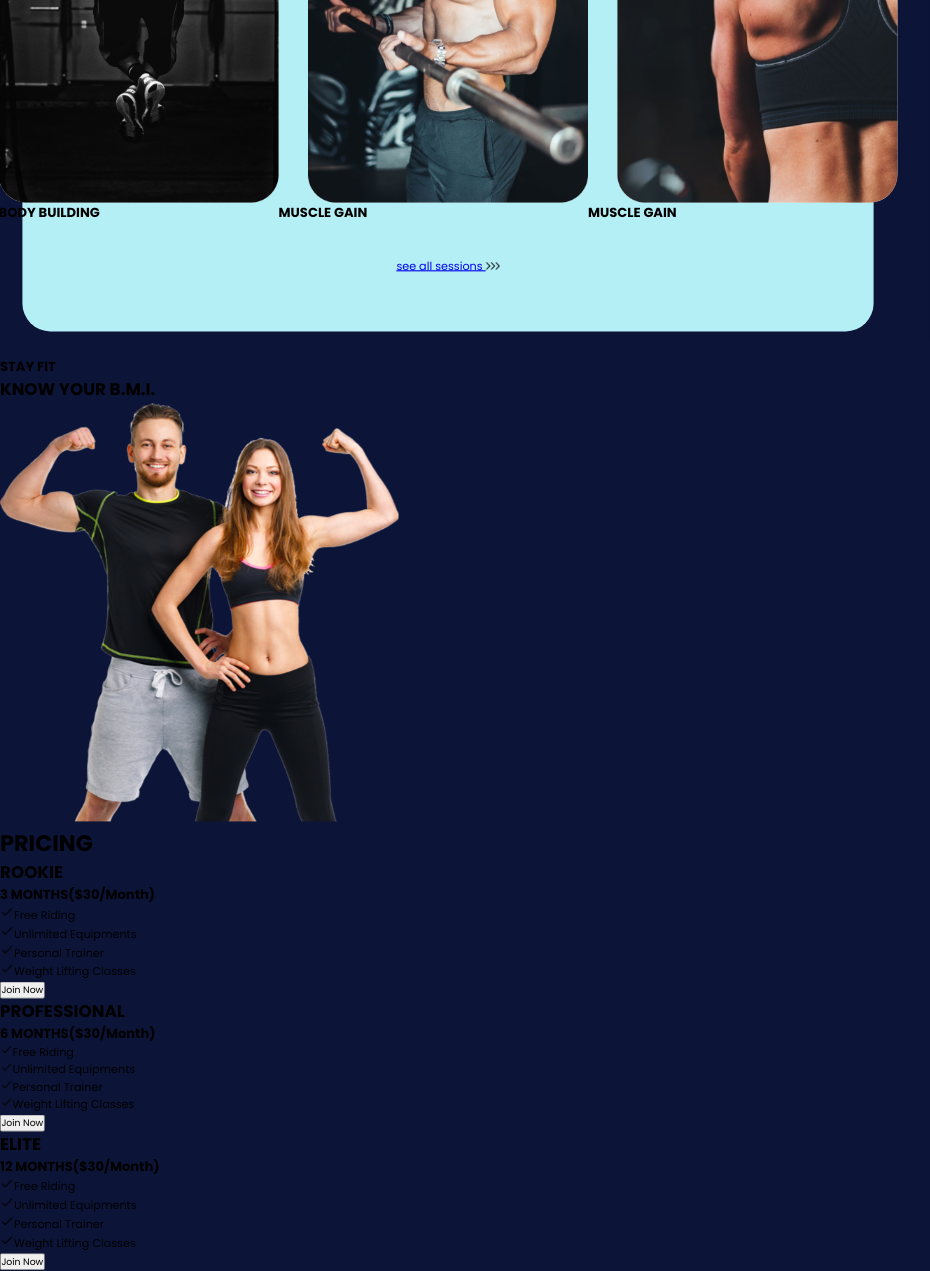
Repository: Rellzcodez/Group1-Team8
Page: index.html
The author's editor kept a copy of each file at every save. The page is drawn from the files as they stood at one save, then again after a run of saves.
The browser window is 1280 px wide. The page is 1328 px wide, so the pictures cover 1328 px, including what lies to the right of the window. The pictures show the part of the page from y = 1328 to 3168 px (the page is 3143 px tall before and 3168 px after), at 70% of full size.

Above is the page before, as saved 2022-09-02 10:11:38.

After the next 3 saves:
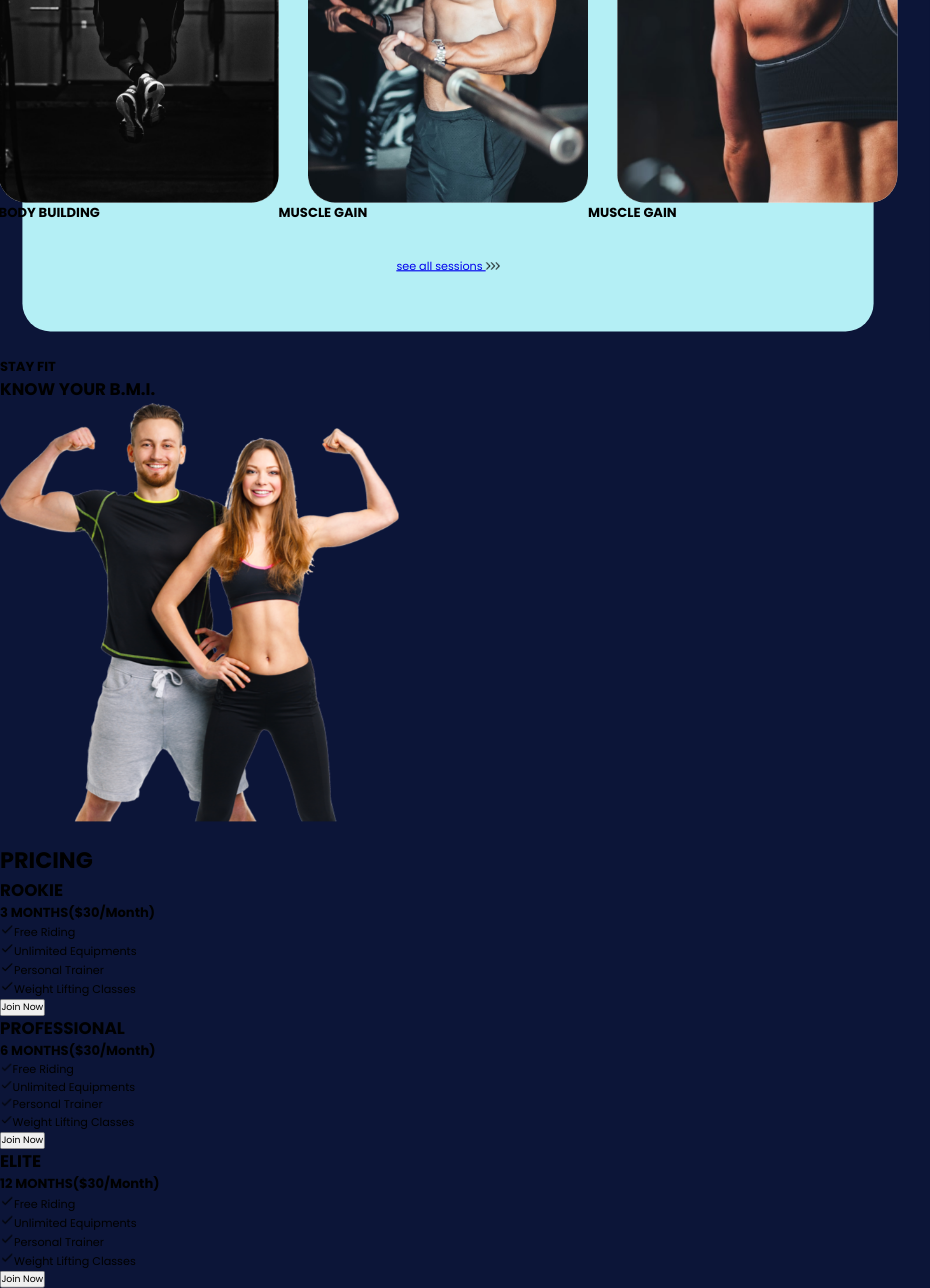
The 3 saves are shown as one change because they came seconds apart.
The last was saved 22 s later.
--- a/index.html
+++ b/index.html
@@ -118,6 +118,7 @@
 
         <!-- THE LIVE WORKOUT SESSION STARTS HERE -->
 <div class="live-workout">
+    <img>
 
 </div>
         <!-- THE LIVE WORKOUT SESSION ENDS HERE -->
